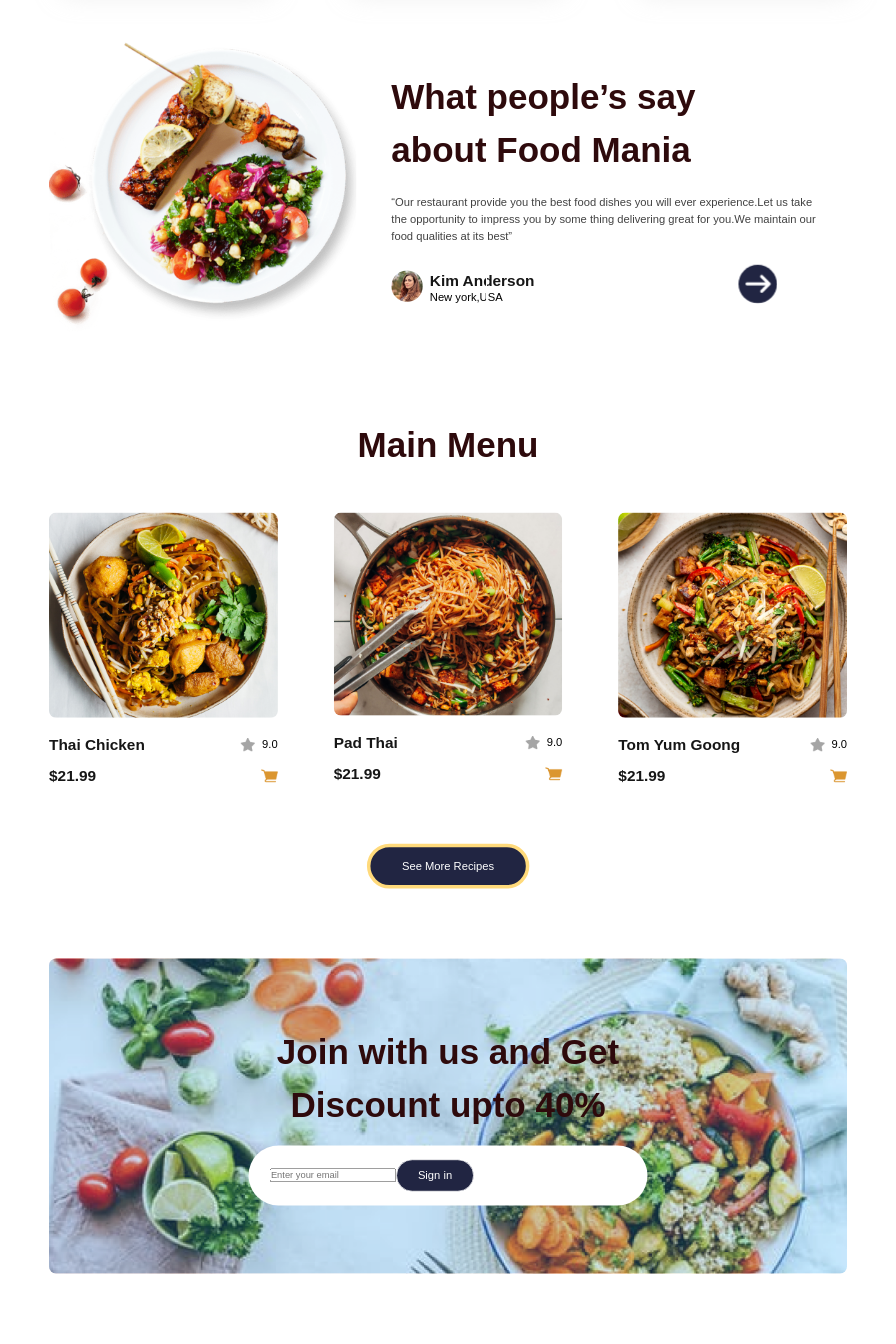
Repository: hoang0508/Figmafood
Page: index.html
The author's editor kept a copy of each file at every save. The page is drawn from the files as they stood at one save, then again after the next save.
The browser window is 1280 px wide. The pictures show the part of the page from y = 1925 to 3845 px (the page is 3845 px tall), at 70% of full size.
Backgrounds fixed to the window are drawn as part of the page. Some web libraries are served in a nearby version. The style sheet was rebuilt from its Sass, Less or Tailwind sources for each picture, by a compiler version that may differ from the author's.

Above is the page before, as saved 2021-11-08 15:41:19.

After the next save:
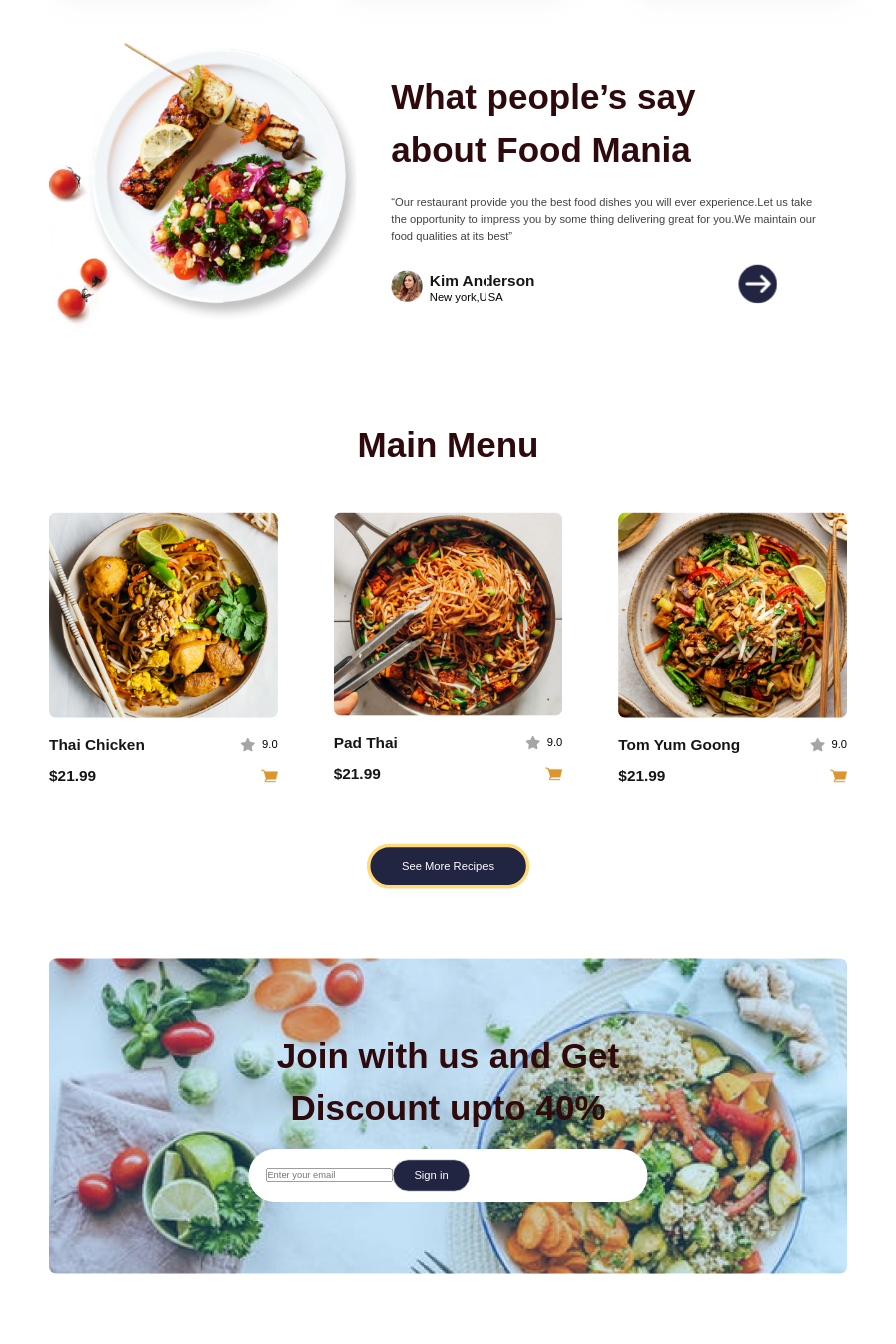
Saved 16 s later.
--- a/sass/_contact.scss
+++ b/sass/_contact.scss
@@ -36,6 +36,6 @@
     border-radius: 100rem;
     display: flex;
     align-items: center;
-    padding: 20px 30px;
+    padding: 15px 25px;
   }
 }
